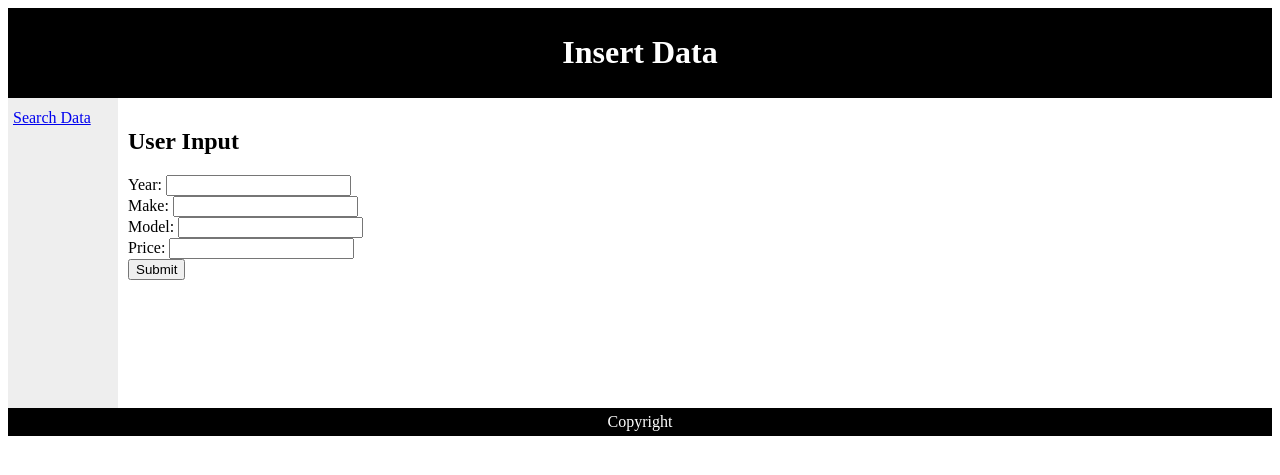
Repository: CamdenMurphy/workspace4830-intro-to-software-engineering
Page: techExercise/techExercise-Murphy/src/main/webapp/delete_murphy.html
These files come from the project's save history. The page is drawn as it stood at one moment and after the next save; the edit follows.
The browser window is 1280 px wide. The pictures show the whole page.

Above is the page before, as saved 2023-10-12 04:45:30.

After the next save:
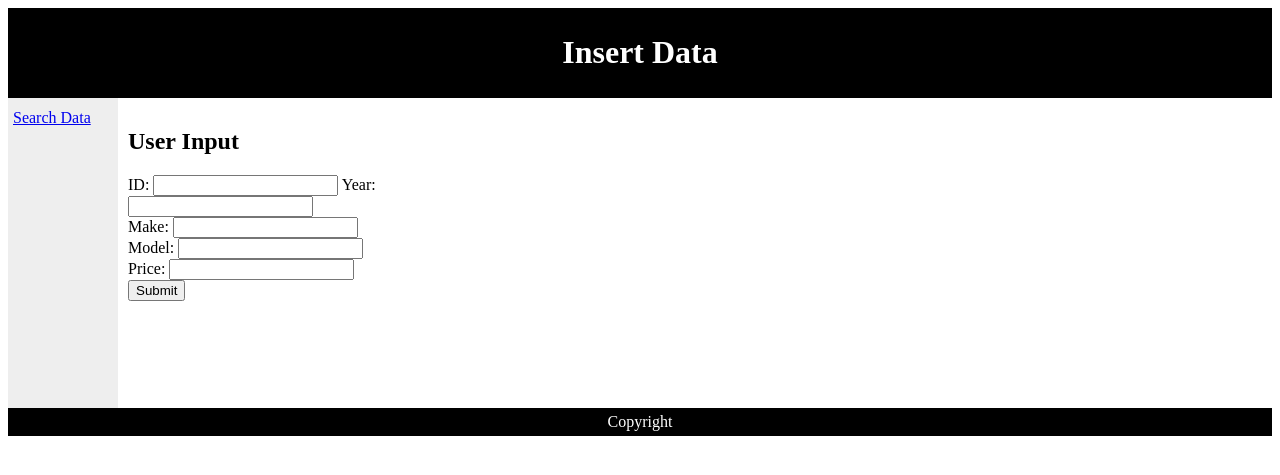
Saved 7 min 33 s later.
--- a/techExercise/techExercise-Murphy/src/main/webapp/delete_murphy.html
+++ b/techExercise/techExercise-Murphy/src/main/webapp/delete_murphy.html
@@ -44,6 +44,8 @@ footer {
 
 	<form action="InsertMurphy" method="POST">
 
+		ID: <input>
+
 		Year: <input type="text" name="year"> <br />
 		Make: <input type="text" name="make"> <br />
 		Model: <input type="text" name="model"> <br />
